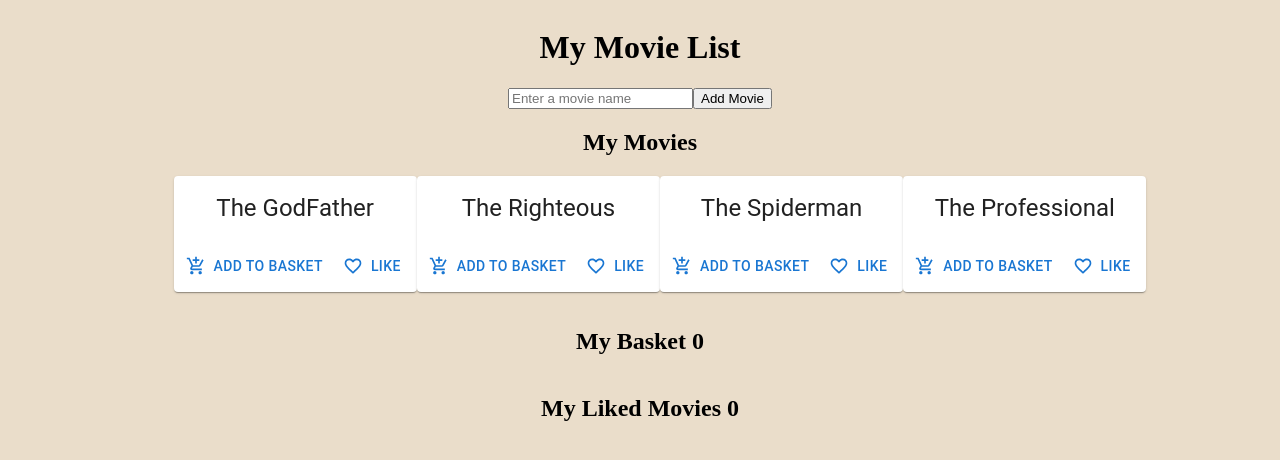
Repository: sinchana-p-iVoyant/redux-movie-store
Page: /
The author's editor kept a copy of each file at every save. The page is drawn from the files as they stood at one save, then again after the next save.
The browser window is 1280 px wide. The pictures show the whole page.
The project was rebuilt for these pictures with package versions that can differ from the ones it lists, and the page was loaded fresh each time. Also part of the build but not shown: vite.config.ts.

Above is the page before, as saved 2024-02-15 12:20:15.

After the next save:
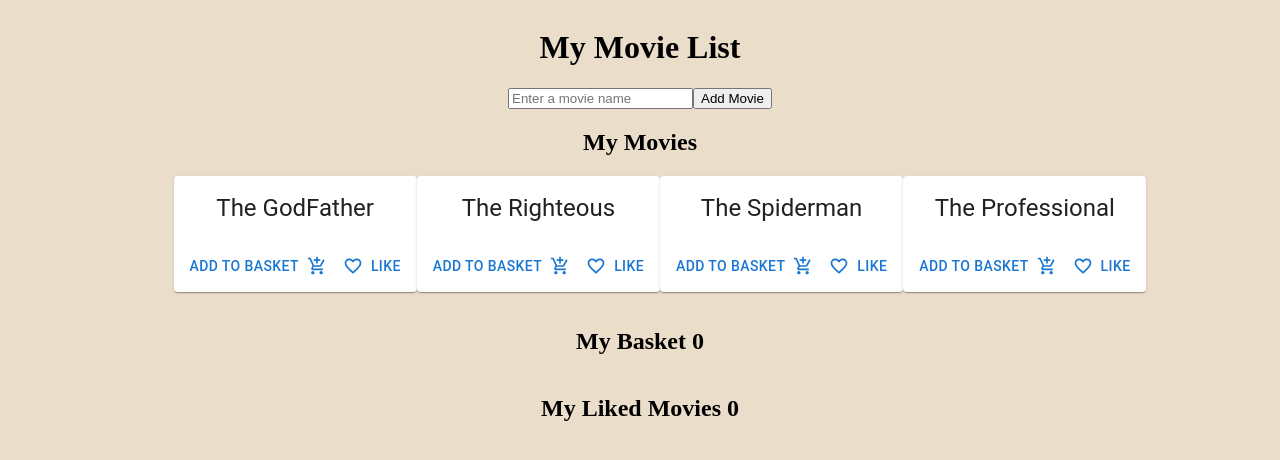
Saved 9 s later.
--- a/src/App.tsx
+++ b/src/App.tsx
@@ -82,7 +82,7 @@
 
               <CardActions>
                 <Button
-                  startIcon={movie.inBasket ? <RemoveShoppingCart /> : <AddShoppingCart />}
+                  endIcon={movie.inBasket ? <RemoveShoppingCart /> : <AddShoppingCart />}
                   onClick={() => handleAddToBasket(movie.title)}>
                   {movie.inBasket ? "Remove From Basket" : "Add To Basket"}
                 </Button>

After the save that followed:
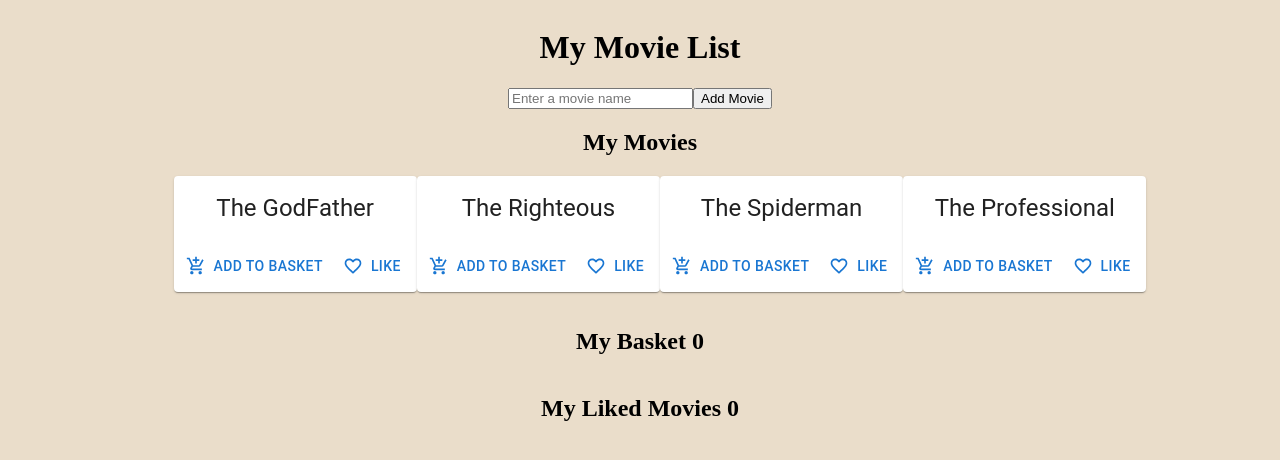
Saved 5 s later.
--- a/src/App.tsx
+++ b/src/App.tsx
@@ -82,7 +82,7 @@
 
               <CardActions>
                 <Button
-                  endIcon={movie.inBasket ? <RemoveShoppingCart /> : <AddShoppingCart />}
+                  startIcon={movie.inBasket ? <RemoveShoppingCart /> : <AddShoppingCart />}
                   onClick={() => handleAddToBasket(movie.title)}>
                   {movie.inBasket ? "Remove From Basket" : "Add To Basket"}
                 </Button>
